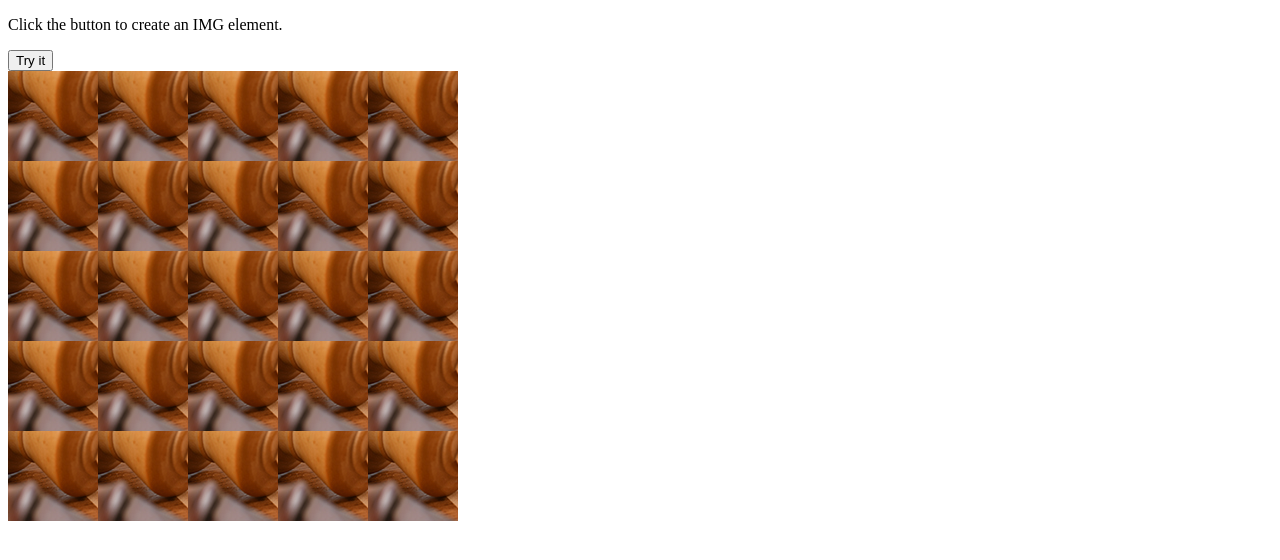
Repository: rashmikagamage/puzzle-vanila-js
Page: index.html
These files come from the project's save history. The page is drawn as it stood at one moment and after the next save; the edit follows.
The browser window is 1280 px wide. The pictures show the whole page.

Above is the page before, as saved 2020-08-05 22:42:24.

### index.html
<!DOCTYPE html>
<html>

<head>
    <link rel="stylesheet" type="text/css" href="./style.css">
</head>

<body>

    <p>Click the button to create an IMG element.</p>

    <button onclick="myFunction(5)">Try it</button>
    <div class="gridContainer" id="imgContainer"></div>
    <script src="./function.js">
    </script>

</body>

</html>

### style.css
.gridContainer {
    display: grid;
}

### function.js
function myFunction(num) {

    let cellSize = 450 / num + "px";
    let diff = 100 / num;
    let grid = "";
    let row = num;
    let col = num;
    let idCount = 0
    let xPosition = 0;
    let yPosition = 75;
    console.log(cellSize)

    for (let i = 0; i < num; i++) {
        grid = grid + cellSize + " ";
    }

    document.getElementById("imgContainer").style.gridTemplateColumns = grid;

    for (let i = 0; i < row; i++) {


        for (let j = 0; j < col; j++) {

            var x = document.createElement("div");
            x.style.width = cellSize;
            x.style.height = cellSize;
            x.style.backgroundImage = "url('./chess.jpg')"
            console.log(xPosition + "% " + yPosition + "%")
            x.style.backgroundPosition = xPosition + "% " + yPosition + "%"
            x.id = "img" + idCount;
            document.getElementById("imgContainer").appendChild(x);
            // yPosition = yPosition + (100/num);
        }
        // xPosition = xPosition + (100/num);
    }
}

myFunction(5);

After the next save:
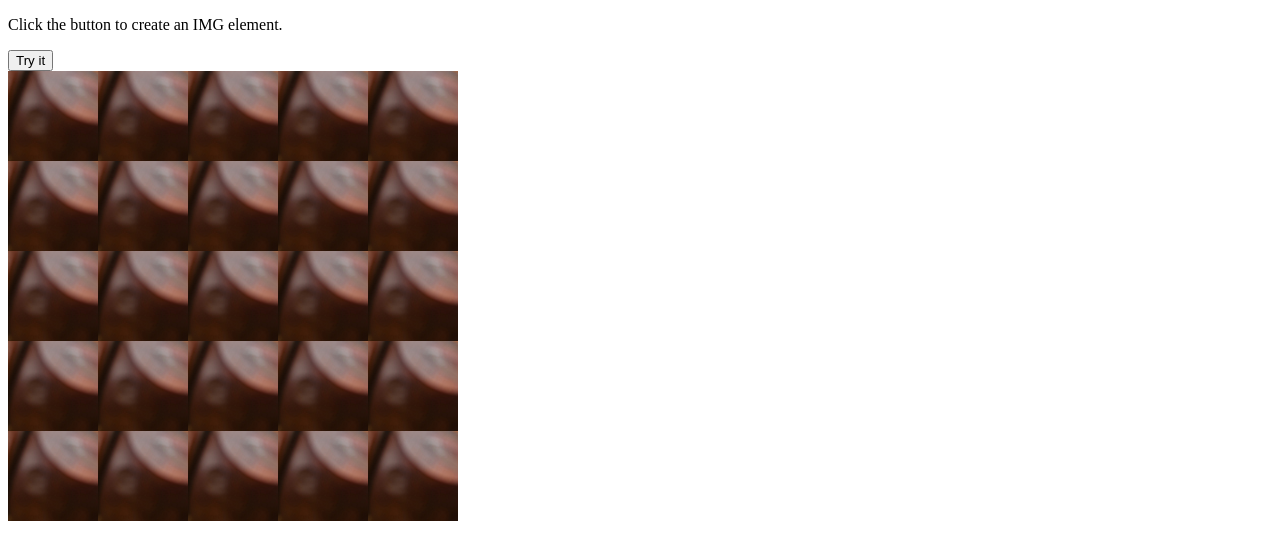
Saved 14 s later.
--- a/function.js
+++ b/function.js
@@ -7,7 +7,7 @@
     let col = num;
     let idCount = 0
     let xPosition = 0;
-    let yPosition = 75;
+    let yPosition = 100;
     console.log(cellSize)
 
     for (let i = 0; i < num; i++) {
